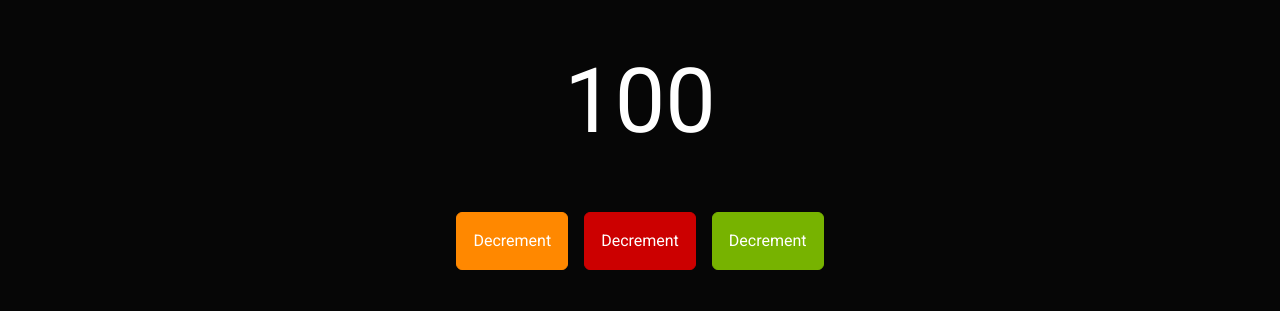
Repository: Afraz13/Emoboo
Page: /
The author's editor kept a copy of each file at every save. The page is drawn from the files as they stood at one save, then again after the next save.
The browser window is 1280 px wide. The pictures show the whole page.
The project was rebuilt for these pictures with package versions that can differ from the ones it lists, and the page was loaded fresh each time.

Above is the page before, as saved 2024-08-15 12:34:40.

### src/index.js
import React from 'react';
import ReactDOM from 'react-dom/client';
import './index.css';
import App from './App';
import '../src/bootstrap.min (5).css'


const root = ReactDOM.createRoot(document.getElementById('root'));
root.render(
  <React.StrictMode>
    <App />
  </React.StrictMode>
);

### src/App.js

import './App.css';
import Counter from './compontent/Counter'

function App() {
  return (
    <div className="App">

      <Counter/>
    </div>
  );
}

export default App;

### src/compontent/Counter.jsx
import React from 'react'

function Counter() {
  return (
    <div className='d-flex justify-content-center align-items-center w-100 flex-column mt-5 border-1 '>
        <h1 style={{fontSize:'90px'}}>100</h1>
        <div className='mt-5'>
            <button className='btn btn-warning p-3'>Decrement</button>
            <button className='btn btn-danger p-3 ms-3'>Decrement</button>
            <button className='btn btn-success p-3 ms-3'>Decrement</button>

        </div>

    </div>
  )
}

export default Counter

Loaded but not shown: public/index.html (common file); src/index.css (common file); src/bootstrap.min (5).css (library); src/App.css (common file)

After the next save:
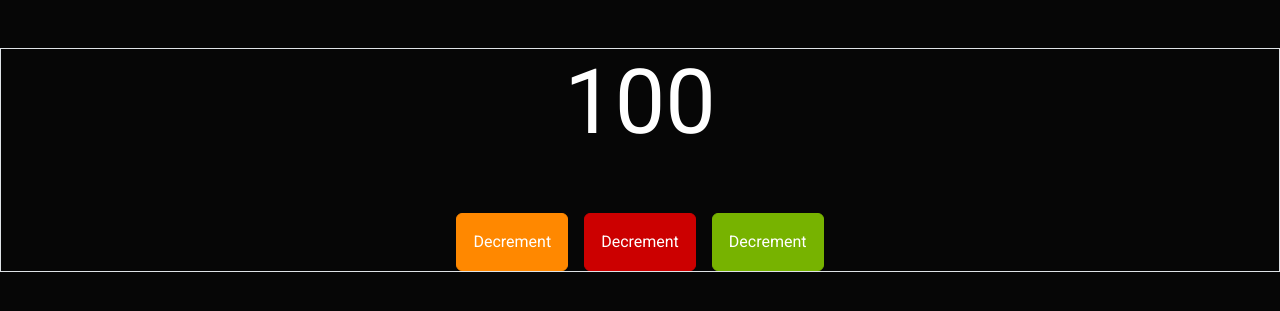
Saved 10 s later.
--- a/src/compontent/Counter.jsx
+++ b/src/compontent/Counter.jsx
@@ -2,7 +2,7 @@
 
 function Counter() {
   return (
-    <div className='d-flex justify-content-center align-items-center w-100 flex-column mt-5 border-1 '>
+    <div className='d-flex justify-content-center align-items-center w-100 flex-column mt-5 border '>
         <h1 style={{fontSize:'90px'}}>100</h1>
         <div className='mt-5'>
             <button className='btn btn-warning p-3'>Decrement</button>

After the save that followed:
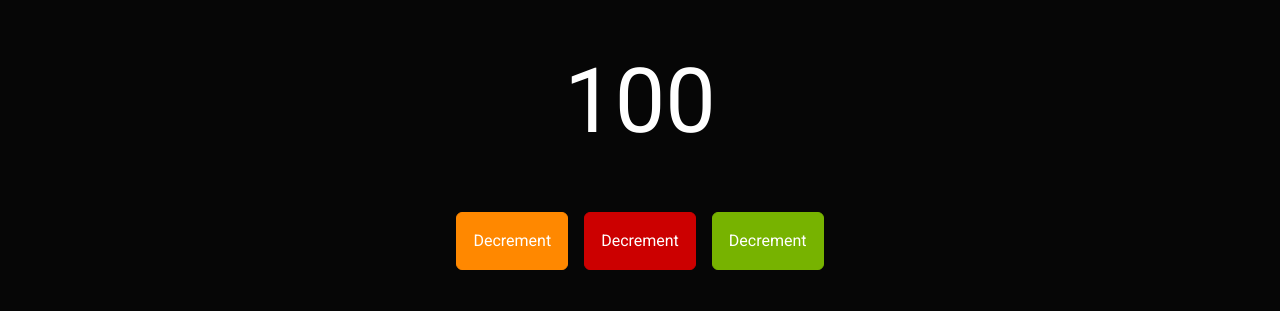
Saved 24 s later.
--- a/src/compontent/Counter.jsx
+++ b/src/compontent/Counter.jsx
@@ -2,7 +2,7 @@
 
 function Counter() {
   return (
-    <div className='d-flex justify-content-center align-items-center w-100 flex-column mt-5 border '>
+    <div className='d-flex justify-content-center align-items-center w-100 flex-column mt-5  '>
         <h1 style={{fontSize:'90px'}}>100</h1>
         <div className='mt-5'>
             <button className='btn btn-warning p-3'>Decrement</button>
